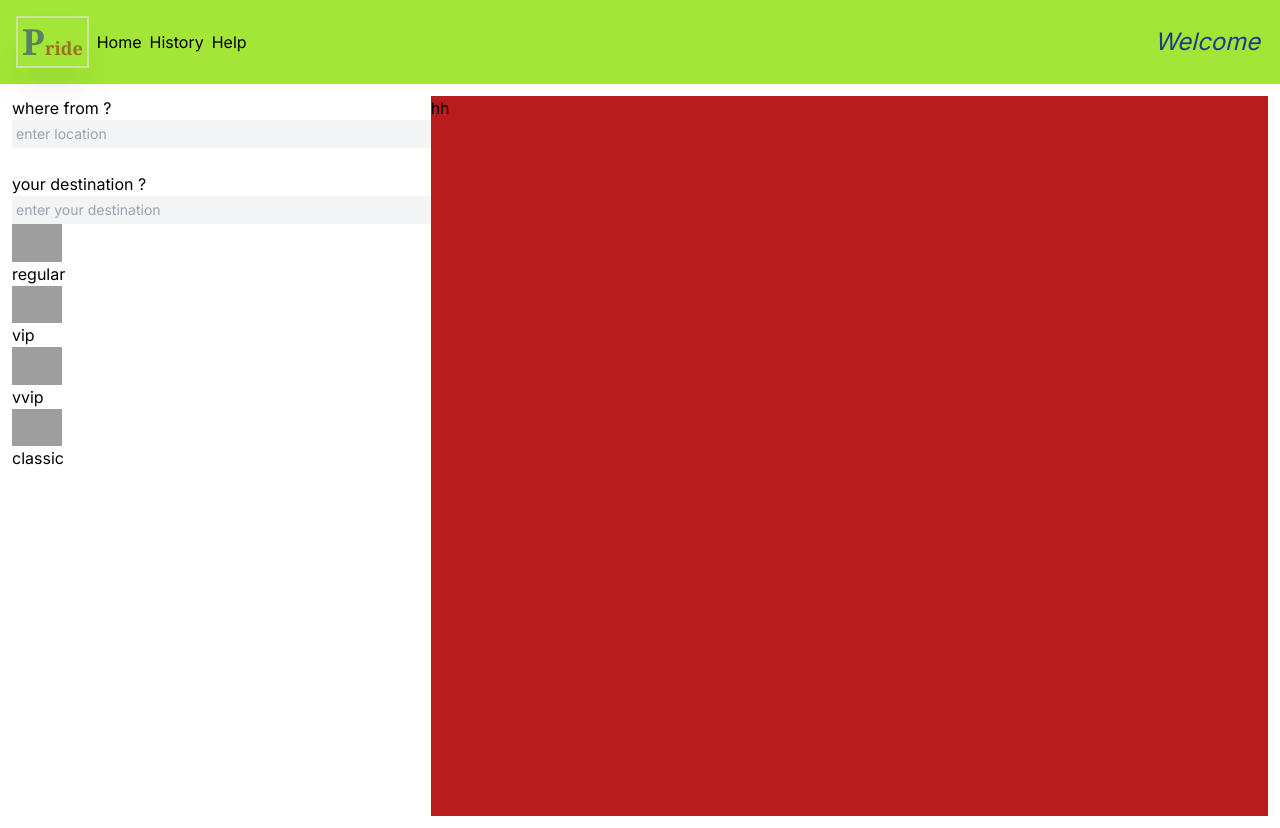
Repository: Semanmernstack/uber-mapbox
Page: /
These files come from the project's save history. The page is drawn as it stood at one moment and after the next save; the edit follows.
The browser window is 1280 px wide. The pictures show the whole page.
Pictures or frames that could not be fetched are drawn as grey boxes. The page's requests for data from a server got no answer. The project was rebuilt for these pictures with package versions that can differ from the ones it lists, and the page was loaded fresh each time. Some packages were replaced by stand-ins written for this rebuild. The framework's server and built-in components were replaced by stand-ins that run in the browser. No one was signed in, and anything a server would have sent is missing. Also part of the build but not shown: next.config.js.

Above is the page before, as saved 2023-08-16 07:08:00.

### app/layout.tsx
import './globals.css'
import type { Metadata } from 'next'
import { Inter } from 'next/font/google'
import Nav from './components/Nav'
import { ClerkProvider } from '@clerk/nextjs'

const inter = Inter({ subsets: ['latin'] })

export const metadata: Metadata = {
  title: 'Create Next App',
  description: 'Generated by create next app',
}

export default function RootLayout({
  children,
}: {
  children: React.ReactNode
}) {
  return (
    <ClerkProvider>
      <html lang="en">
        <body className={inter.className}> <Nav/>  {children}</body>
      </html>
    </ClerkProvider>
  )
}

### app/page.tsx
import Image from 'next/image'
import Booking from './components/Booking'
import Mapp from './components/Mapp'
import Cars from './components/Cars'

export default function Home() {
  return (
    <main className="p-3 gap  ">
      <div className="grid grid-cols-1 md:grid-cols-3   ">
        <div className=" h-[80%]">
          <Booking/>
          <Cars/>

        </div>
        <div className=" bg-red-700 col-span-2 h-screen">
          <Mapp/>
        </div>
      </div>
    </main>
  )
}

### app/components/Nav.tsx
import { UserButton, currentUser } from '@clerk/nextjs'
import React from 'react'

async function Nav() {
    const user = await currentUser()
  return (
    <div className="flex items-center justify-between p-4 bg-lime-400">
        <div className="flex items-center gap-2">

            <h1 className="font-extrabold shadow-2xl border-gray-200 border-2 p-1 font-serif text-2xl md:text-3xl lg:text-4xl animate-pulse text-blue-900">P<span className="text-lg animate-none font-bold text-red-800">ride</span></h1>
            <h2>Home</h2>
            <h2>History</h2>
            <h2>Help</h2>

        </div>
        <div className="flex gap-1 items-center">
            <h1 className="text-2xl text-blue-900 italic">Welcome</h1>
            <h1 className='hidden md:inline-flex'>{user?.firstName}</h1>
            <UserButton/>
        </div>
    </div>
  )
}

export default Nav

### app/components/Booking.tsx
import React from 'react'
import BookingInput from './BookingInput'

function Booking() {
  return (
    <div className="">
        <BookingInput/>

    </div>
  )
}

export default Booking

### app/components/Mapp.tsx
"use client"


import React from 'react'
import Map from 'react-map-gl';
function Mapp() {
  return (
    <div>
      <h1>hh</h1>



    </div>
  )
}

export default Mapp

### app/components/Cars.tsx
import React from 'react'
import CarsLi from './CarsLi'
import Image from 'next/image'

function Cars() {
    const data = [
        {
          id: 1,

          value: "regular",
          pics: "https://cdn.pixabay.com/photo/2016/04/01/12/16/car-1300629_1280.png",
        },

        {
          id: 2,

          value: "vip",
          pics: "https://cdn.pixabay.com/photo/2017/03/27/14/56/auto-2179220_640.jpg",
        },

        {
          id: 3,

          value: "vvip",
          pics: "https://cdn.pixabay.com/photo/2014/09/07/22/34/car-race-438467_640.jpg",
        },

        {
          id: 4,
          value: "classic",
          pics: "https://cdn.pixabay.com/photo/2013/07/13/11/44/car-158548_640.png",
        },
      ]

  return (
    <div>
        {data?.map((d, index) => (
            <div key={index}>
                <Image
                    src={d.pics}
                    alt="pic"
                    height={50}
                    width={50}
                    className="object-contain "
                />
                <h2>{d.value}</h2>





            </div>


        ))}

    </div>
  )
}

export default Cars

### app/components/BookingInput.tsx
"use client"

import React, { useEffect, useState } from 'react'

function BookingInput() {
    const [where, setWhere] = useState<any>()
    const [to, setTo] = useState<any>()
    const [lists, setLists] = useState<any>([])

    useEffect(() => {
        getAdress()

    }, [where, to])

    const getAdress = async () => {
        setLists([])
        const res = await fetch('api/search-map?q='+where, {
            headers:{
                "Content-Type": "application/json",
            }

        })
        const re = await res.json()
        setLists(re)

    }
  return (
    <div className="flex flex-col gap-6 relative">
        <div>
            <label> where from ?</label>
            <input type="text" placeholder='enter location'
                value={where}
                onChange={(e) => setWhere(e.target.value)}
                className="border-1 w-full text-sm outline-none bg-gray-100 focus:border-gray-700 p-1"
            />
            {lists?.suggestions?
                <div >
                    {lists?.suggestions.map((item:any, index:number) => (
                        <h2 className='text-sm cursor-pointer gap-1 shadow-2xl' onClick={() =>{ setWhere(item.full_address), setLists([])}}
                         >{item.full_address}</h2>
                    ))}
                </div> : null

            }


        </div>

        <div>
            <label> your destination ?</label>

            <input type="text" placeholder='enter your destination'
                value={to}
                onChange={(e) => setTo(e.target.value)}
                className="border-1 w-full text-sm outline-none bg-gray-100 focus:border-gray-700 p-1"
            />
            {lists?.suggestions?
                <div >
                    {lists?.suggestions.map((item:any, index:number) => (
                        <h2 className='text-sm cursor-pointer shadow-2xl' onClick={() =>{ setTo(item.full_address), setLists([])}}
                         >{item.full_address}</h2>
                    ))}
                </div> : null

            }

        </div>
    </div>
  )
}

export default BookingInput

Loaded but not shown: app/globals.css (common file); tailwind.config.ts (common file)

After the next save:
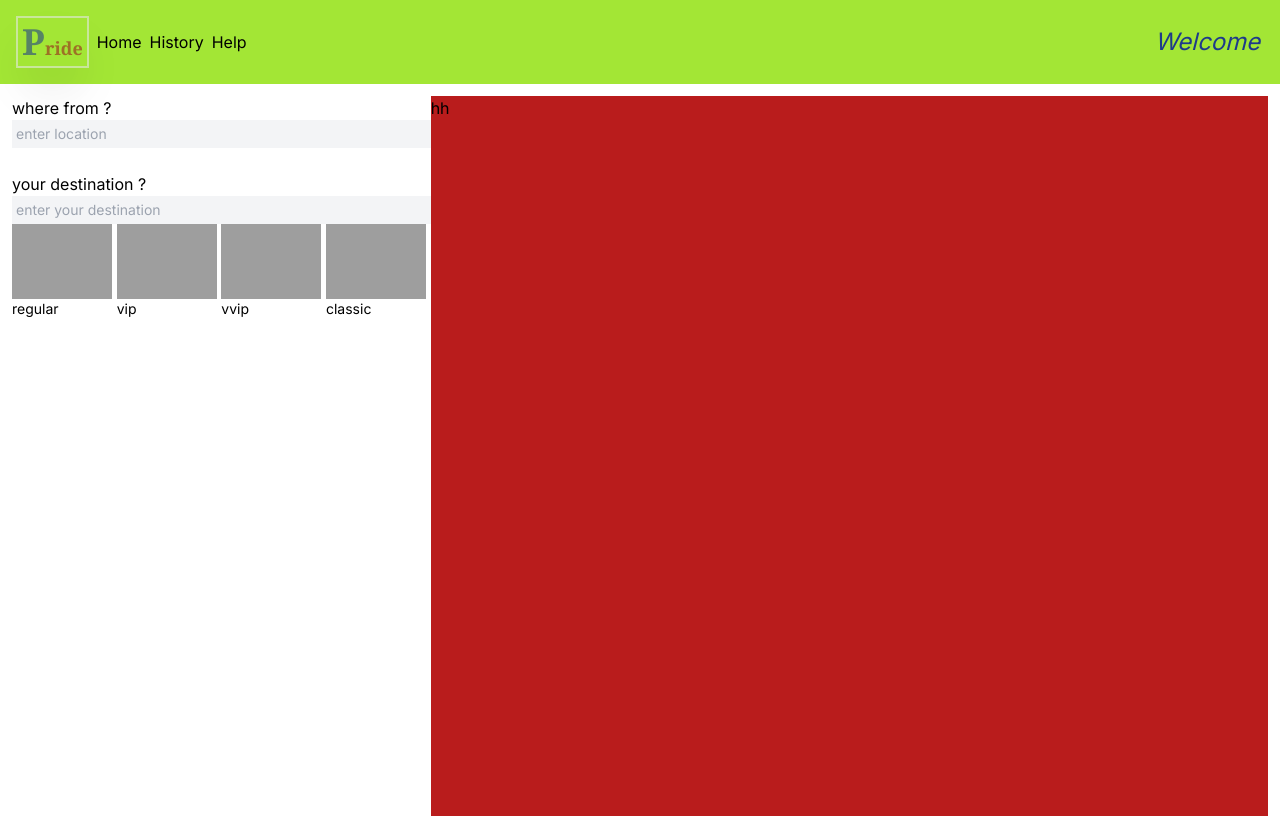
Saved 3 min 33 s later.
--- a/app/components/Cars.tsx
+++ b/app/components/Cars.tsx
@@ -33,17 +33,17 @@
       ]
 
   return (
-    <div>
+    <div className="grid grid-cols-1 md:grid-cols-2 lg:grid-cols-3 xl:grid-cols-4">
         {data?.map((d, index) => (
             <div key={index}>
                 <Image
                     src={d.pics}
                     alt="pic"
-                    height={50}
-                    width={50}
+                    height={100}
+                    width={100}
                     className="object-contain "
                 />
-                <h2>{d.value}</h2>
+                <h2 className='text-sm'>{d.value}</h2>
 
 
 
